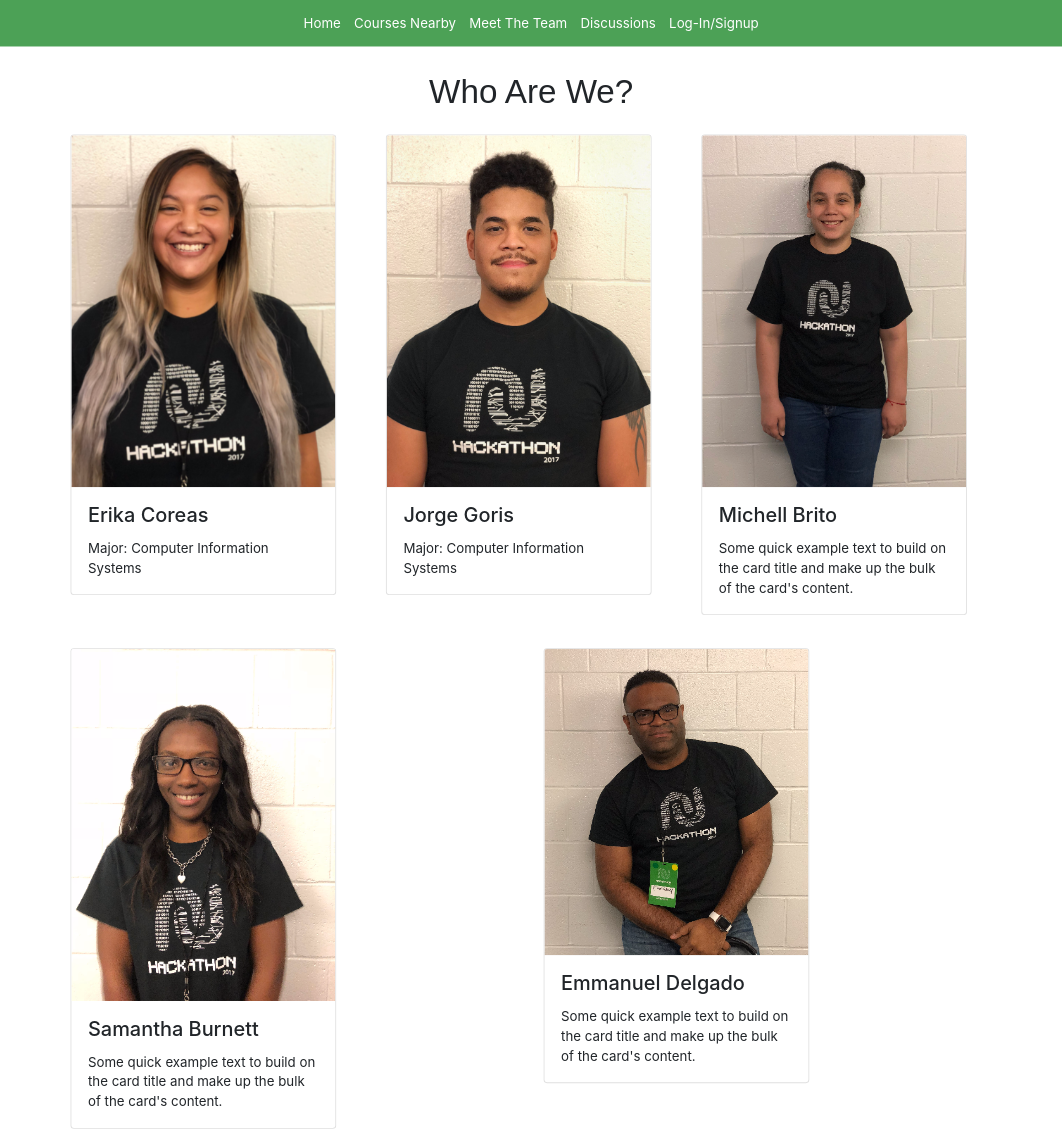
Repository: SamanthaBurnett/Hackathon2017
Page: meet_the_team.html
The author's editor kept a record of every edit. The page is drawn from the files as they stood at one moment, then again after the next edit.
The browser window is 1280 px wide. The pictures show the whole page, at 83% of full size.
Some web fonts or font styles are not loaded; a fallback is used.

Above is the page before.

### meet_the_team.html
<!DOCTYPE html>
<html>
  <head>
    <title>Meet The Team</title>
	<!--Required Meta Tags-->
	<meta charset="UTF-8">
	<meta name="viewport" content="width=device-width, initial-scale=1, shrink-to-fit=no">
	<!--Bootstrap 4-->
	<link rel="stylesheet" href="https://maxcdn.bootstrapcdn.com/bootstrap/4.0.0-beta.2/css/bootstrap.min.css" integrity="sha384-PsH8R72JQ3SOdhVi3uxftmaW6Vc51MKb0q5P2rRUpPvrszuE4W1povHYgTpBfshb" crossorigin="anonymous">
	<!--Custom Styles-->
	<link rel="stylesheet" type="text/css" href="assets/stylesheets/styles.css">
  </head>
  <body>
    <nav class="navbar navbar-expand-lg navbar-light bg-light">
        <button class="navbar-toggler" type="button" data-toggle="collapse" data-target="#navbarSupportedContent" aria-controls="navbarSupportedContent" aria-expanded="false" aria-label="Toggle navigation">
            <span class="navbar-toggler-icon"></span>
        </button>

        <div class="collapse navbar-collapse justify-content-center" id="navbarSupportedContent">
            <ul class="navbar-nav">
              <li class="nav-item">
                <a class="nav-link" href="index.html">Home</a>
              </li>
              <li class="nav-item">
                <a class="nav-link" href="coursesnearby.html">Courses Nearby</a>
              </li>
              <li class="nav-item">
                  <a class="nav-link" href="meet_the_team.html">Meet The Team</a>
              </li>
              <li class="nav-item">
                  <a class="nav-link" href="discussions.html">Discussions</a>
              </li>
              <li class="nav-item">
              <a class="nav-link" href="signin.html">Log-In/Signup</a>
              </li>
            </ul>
          </div>
     </nav>
     <div class="container meetTheTeam">
       <h1 class="text-center">Who Are We?</h1>
       <div class="row">
         <div class="col">
           <div class="card" style="width: 20rem;">
            <img class="card-img-top" src="assets/images/Erika.JPG" alt="Erika Image">
            <div class="card-body">
              <h4 class="card-title">Erika Coreas</h4>
              <p class="card-text">Major: Computer Information Systems</p>
            </div><!--end card-body-->
          </div><!--end card-->
         </div><!--end col-->
         <div class="col">
           <div class="card" style="width: 20rem;">
            <img class="card-img-top" src="assets/images/Jorge.JPG" alt="Jorge Image">
            <div class="card-body">
              <h4 class="card-title">Jorge Goris</h4>
              <p class="card-text">Major: Computer Information Systems</p>
            </div><!--end card-body-->
          </div><!--end card-->
         </div><!--end col-->
         <div class="col">
           <div class="card" style="width: 20rem;">
            <img class="card-img-top" src="assets/images/Michell.JPG" alt="Michell Image">
            <div class="card-body">
              <h4 class="card-title">Michell Brito</h4>
              <p class="card-text">Some quick example text to build on the card title and make up the bulk of the card's content.</p>
            </div><!--end card-body-->
          </div><!--end card-->
         </div><!--end col-->
         <div class="col">
           <div class="card" style="width: 20rem;">
            <img class="card-img-top" src="assets/images/samantha.jpg" alt="Samantha Image">
            <div class="card-body">
              <h4 class="card-title">Samantha Burnett</h4>
              <p class="card-text">Some quick example text to build on the card title and make up the bulk of the card's content.</p>
            </div><!--end card-body-->
          </div><!--end card-->
         </div><!--end col-->
         <div class="col">
           <div class="card" style="width: 20rem;">
            <img class="card-img-top" src="assets/images/Emmanuel.JPG" alt="Emmanuel Image">
            <div class="card-body">
              <h4 class="card-title">Emmanuel Delgado</h4>
              <p class="card-text">Some quick example text to build on the card title and make up the bulk of the card's content.</p>
            </div><!--end card-body-->
          </div><!--end card-->
         </div><!--end col-->
       </div><!--end row-->
     </div><!--end container-->



  </body>
</html>

### assets/stylesheets/styles.css
@import url('https://fonts.googleapis.com/css?family=Electrolize');


.font-headings{
  font-family: 'Electrolize', sans-serif;
  color: blue;
  text-shadow: 2px 2px #FFF;
  text-align: center;
}

/*----------------------------Navigation Styles------------------------------*/
.bg-light {
    background-color: #4CA156!important;
}

.navbar-light .navbar-nav .nav-link, .navbar-light .navbar-nav .nav-link:hover {
    color: white;
}
/*------------------------------Landing Page Styles--------------------------*/

#landing-header {
    z-index: 1;
    position: relative;
    text-align: center;
    padding-top: 40vh;
		background-size: cover;
		background-repeat: no-repeat;
	    -webkit-background-size: cover;
        -moz-background-size: cover;
        -o-background-size: cover;
}

#landing-header h1, #landing-header h2 {
    color: white;
    font-size: 45px;
    text-shadow: 0px 4px 3px rgba(0,0,0,0.4),
	         0px 8px 13px rgba(0,0,0,0.1),
			 0px 18px 23px rgba(0,0,0,0.1);
}

.landingbtn, .landingbtn:hover, landingbtn:visited, landingbtn:active {
  margin-top: 10px;
  padding: 10px 40px;
  border-radius: 5px;
  margin-bottom: 20px;
  background:
		linear-gradient(
			rgba(17, 89, 28, 0.45),
			rgba(17, 148, 138, 0.50)
		);
}

.heroSlide {
  width: 100%;
  height: 100%;
  position: absolute;
  list-style: none;
  margin: 0;
  padding: 0;
}


/*.heroSlide li { */
/*  width: 100%;*/
/*  height: 100%;*/
/*  position: absolute;*/
/*  background-size: cover;*/
/*  background-repeat: no-repeat;*/
/*  opacity: 0;*/
/*  animation: imageAnimation 20s linear infinite;*/
/*}*/

.heroSlide li:nth-child(1) {
    background:
		linear-gradient(
			rgba(17, 89, 28, 0.45),
			rgba(17, 148, 138, 0.50)
		),
  url(../images/teamimg1.jpg);
  width: 100%;
  height: 100%;
  position: absolute;
  background-size: cover;
  background-repeat: no-repeat;
  opacity: 0;
  animation: imageAnimation 20s linear infinite;

}
.heroSlide li:nth-child(2) {
    background:
		linear-gradient(
			rgba(17, 89, 28, 0.45),
			rgba(17, 148, 138, 0.50)
		),
  url(../images/teamimg2.jpg);
  width: 100%;
  height: 100%;
  position: absolute;
  background-size: cover;
  background-repeat: no-repeat;
  opacity: 0;
  animation-delay: 5s;
  animation: imageAnimation 20s linear infinite;
}
.heroSlide li:nth-child(3) {
    background:
		linear-gradient(
			rgba(17, 89, 28, 0.45),
			rgba(17, 148, 138, 0.50)
		),
  url(../images/teamimg3.jpg);
  width: 100%;
  height: 100%;
  position: absolute;
  background-size: cover;
  background-repeat: no-repeat;
  opacity: 0;
  animation-delay: 10s;
  animation: imageAnimation 20s linear infinite;
}

@keyframes imageAnimation {
  0% {
    opacity: 0;
    animation-timing-function: ease-in;
  }
  10% {
    opacity: 1;
    animation-timing-function: ease-out;
  }
  20% {
    opacity: 1
  }
  30% {
    opacity: 1
  }
}

/*---------------------Index Styles--------------------------------------*/

.maincontent h1 {
  padding-bottom: 40px;
}


.WhatCanYouDo, .contentAndTrending {
    margin-top: 100px;
    margin-bottom: 100px;
}

.WhatCanYouDo i {
    color: black;
}

/*---------------------------Content and Trending Styles----------------*/

.maincontent {
    position: relative;
}

.contentAndTrending .col {
    margin: 20px;
}






/*-------------------------Meet The Team Styles----------------------------*/

.meetTheTeam h1 {
  margin-top: 30px;
}
.card {
  margin-bottom: 20px;
  margin-top: 20px;
}










/*------------------------Discussions----------------------*/
.main-box{
  margin:10px;
  height:200px;
  display:flex;
  justify-content:center;
}

.photo-box{
  margin:10px;
  padding:5px;
  height:80px;
  width:90px;
  border:2px solid #4CA156;
  display:flex;
  justify-content: flex-start;
  align-items: center;
  background-color:#FFFFFF;
}

.photo-box i {
  color: black;
  align-items: center;
}

.text-box{
  margin:10px;
  padding:10px;
  height:150px;
  width:800px;
  background-color:#FFFFFF;
  border:2px solid #4CA156;
}

/*------------------------COURSES NEARBY----------------------*/
.center-div
{
   margin: 0 auto;
   width: 100px;
}

.text-center{
  font-family:'Electrolize', sans-serif;

}


/*----------------------------Sign In Form Styles--------------------*/

.form-row {
  padding-top: 20px;
  padding-bottom: 20px;
}

.form-control:focus {
  border: 3px solid #4CA156;
  outline: none;
  box-shadow: none;
}

.maincontent h1 {
  margin-top: 30px;
}

.maincontent h4 {
  margin-bottom: 30px;
}

/*--------------------------Footer Styles-------------------------*/
footer {
    background-color: #4CA156;
}

i {
    color: white;
    padding: 30px 15px;
}

After the next edit:
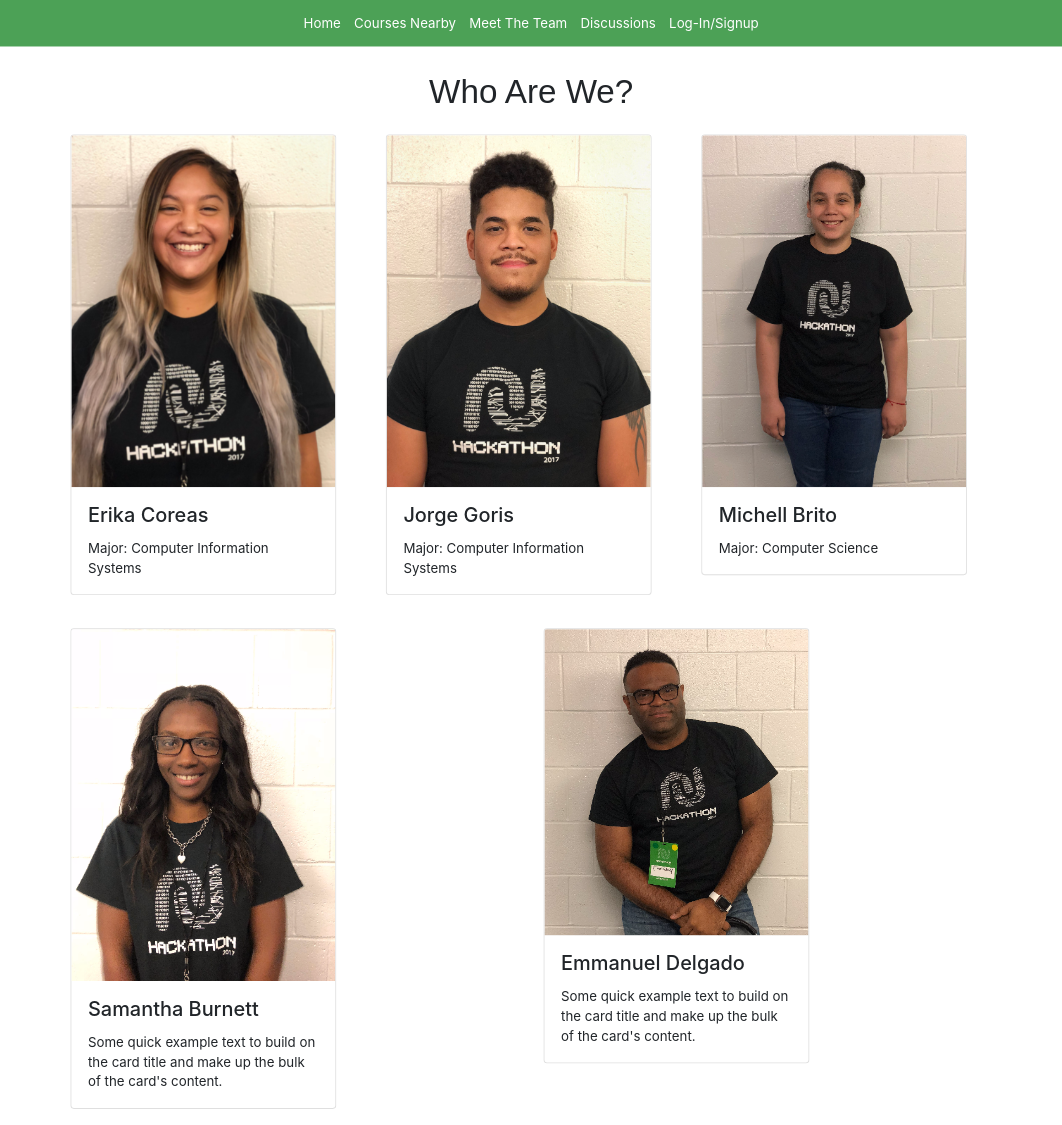
The edit:
--- a/meet_the_team.html
+++ b/meet_the_team.html
@@ -62,7 +62,7 @@
             <img class="card-img-top" src="assets/images/Michell.JPG" alt="Michell Image">
             <div class="card-body">
               <h4 class="card-title">Michell Brito</h4>
-              <p class="card-text">Some quick example text to build on the card title and make up the bulk of the card's content.</p>
+              <p class="card-text">Major: Computer Science</p>
             </div><!--end card-body-->
           </div><!--end card-->
          </div><!--end col-->
